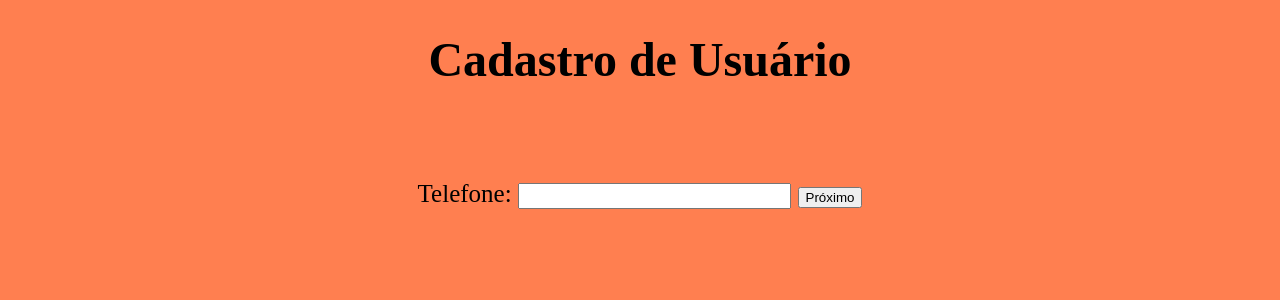
Repository: yoda4ever/playground
Page: http://localhost/Mod06_ex02B/tela3.jsp
An editor plug-in stored every save of this project. The page is shown before and after the next save, followed by the edit.
The browser window is 1280 px wide. The pictures show the whole page.
The page is served by Tomcat 9.

Above is the page before, as saved 2017-05-06 15:56:21.

After the next save:
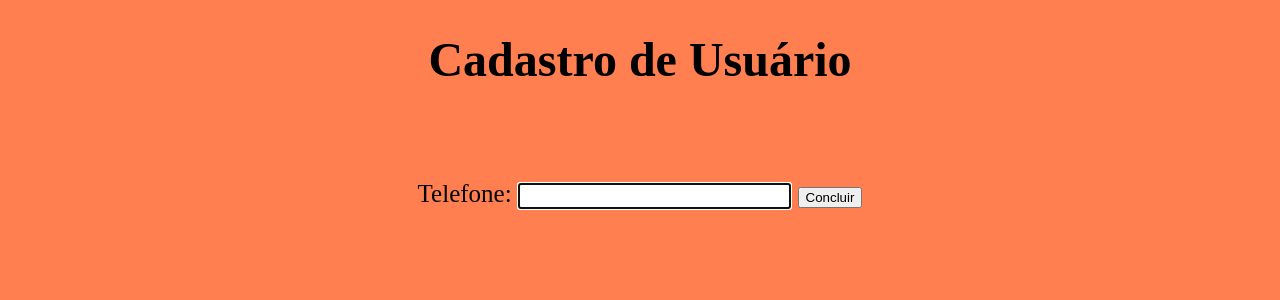
Saved 98 s later.
--- a/Mod06_ex02B/WebContent/tela3.jsp
+++ b/Mod06_ex02B/WebContent/tela3.jsp
@@ -21,8 +21,8 @@
 				<input type="hidden" name="pagina" value="3">
 
 				<p style="font-size: 25px;font-family: cursive;"> Telefone:
-					<input type="text" maxlength="35" name="telefone" style="height: 20px; width: 21%; font-size: 20px; text-align: center;">
-					<button>Próximo</button>
+					<input type="text" maxlength="35" name="telefone"  autofocus style="height: 20px; width: 21%; font-size: 20px; text-align: center;">
+					<button>Concluir</button>
 				</p>
 			</form>
 		</center>
